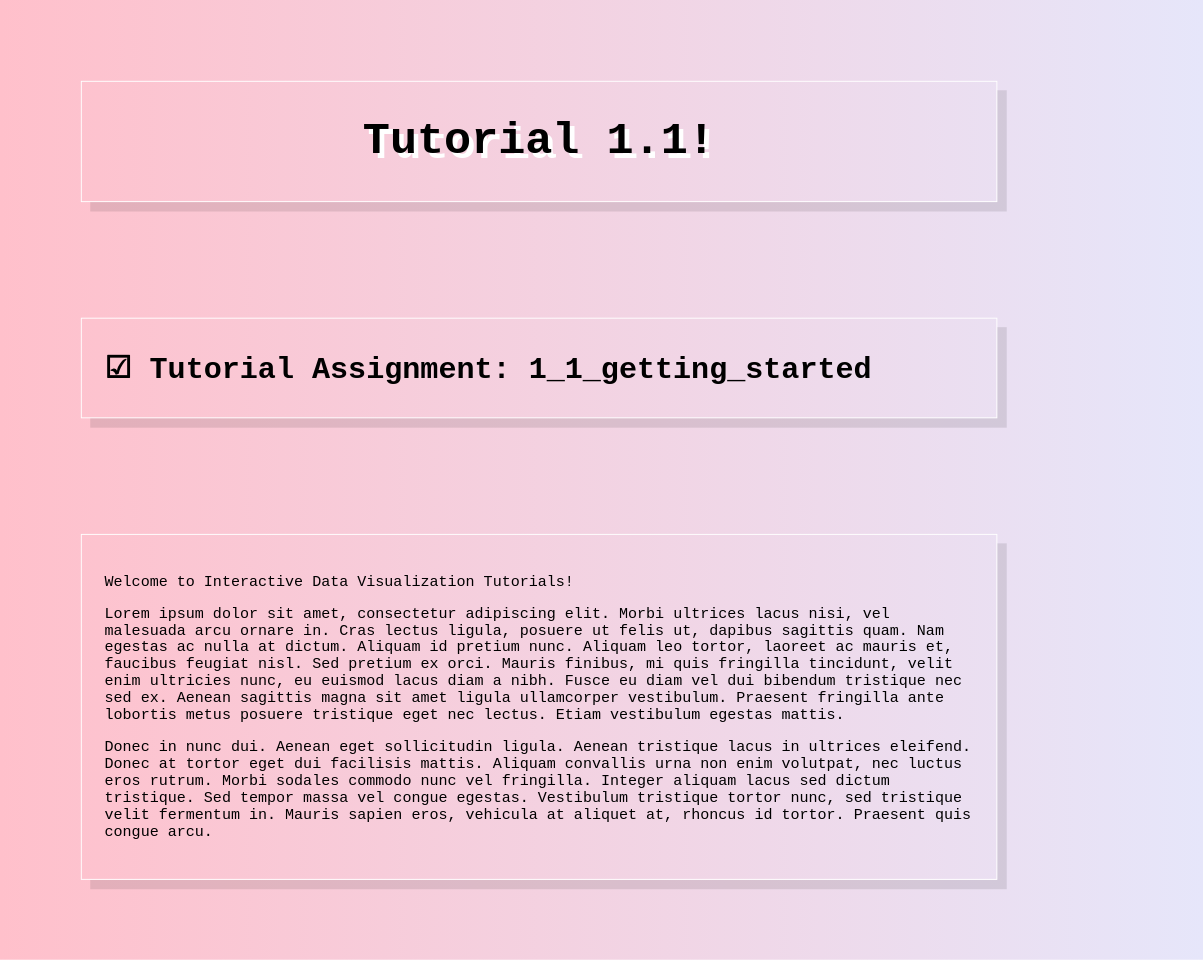
Repository: lisjak/Interactive-Data-Vis-Fall2022
Page: 1_1_getting_started/index.html
These files come from the project's save history. The page is drawn as it stood at one moment and after the next save; the edit follows.
The browser window is 1280 px wide. The pictures show the whole page, at 94% of full size.
Some web fonts or font styles are not loaded; a fallback is used.

Above is the page before, as saved 2022-09-04 22:03:01.

### 1_1_getting_started/index.html
<!DOCTYPE html>

<head>
    <meta charset="utf-8">

    <title>Interactive Data Visualization Tutorial</title>

    <link rel="stylesheet" href="https://fonts.googleapis.com/css?family=Source+Sans+Pro">

    <link href="https://fonts.googleapis.com/css2?family=Azeret+Mono&display=swap" rel="stylesheet">

    <link rel="stylesheet" href="./style.css">
</head>

<body>
    <div>
        <h1>
            Tutorial 1.1!
        </h1>
    </div>
    <div>
        <h3>
            &#9745; Tutorial Assignment: 1_1_getting_started
        </h3>
    </div>
    <div>
        <p>
            Welcome to Interactive Data Visualization Tutorials!
        </p>

        <p>
            Lorem ipsum dolor sit amet, consectetur adipiscing elit. Morbi ultrices lacus nisi, vel malesuada arcu ornare in. Cras lectus ligula, posuere ut felis ut, dapibus sagittis quam. Nam egestas ac nulla at dictum. Aliquam id pretium nunc. Aliquam leo tortor,
            laoreet ac mauris et, faucibus feugiat nisl. Sed pretium ex orci. Mauris finibus, mi quis fringilla tincidunt, velit enim ultricies nunc, eu euismod lacus diam a nibh. Fusce eu diam vel dui bibendum tristique nec sed ex. Aenean sagittis magna
            sit amet ligula ullamcorper vestibulum. Praesent fringilla ante lobortis metus posuere tristique eget nec lectus. Etiam vestibulum egestas mattis.
        </p>

        <p>
            Donec in nunc dui. Aenean eget sollicitudin ligula. Aenean tristique lacus in ultrices eleifend. Donec at tortor eget dui facilisis mattis. Aliquam convallis urna non enim volutpat, nec luctus eros rutrum. Morbi sodales commodo nunc vel fringilla. Integer
            aliquam lacus sed dictum tristique. Sed tempor massa vel congue egestas. Vestibulum tristique tortor nunc, sed tristique velit fermentum in. Mauris sapien eros, vehicula at aliquet at, rhoncus id tortor. Praesent quis congue arcu.
        </p>
    </div>
</body>

</html>

### 1_1_getting_started/style.css
body {
    background-image: linear-gradient(to right, pink, lavender);
    font-family: 'Azeret Mono', monospace;
    font-size: 16px;
    padding: 1em;
    display: flex;
    flex-direction: column;
}

div {
    width: 75%;
    align-items: center;
    justify-content: center;
    border: 1px solid white;
    padding: 2%;
    margin: 5%;
    box-shadow: 10px 10px 0px rgb(0 0 0 / 0.1);
}

div:hover {
    background-color: cyan;
    padding: 5%;
    opacity: 0.5;
    transition: 0.5s;
}

h1 {
    font-size: 3em;
    margin: 0.25em 0;
    text-shadow: 5px 5px 0px white;
    text-align: center;
    font-weight: bold;
}

h3 {
    font-size: 2em;
    margin: 0.25em 0;
}

p {
    font-size: 1em;
    color: black;
}

After the next save:
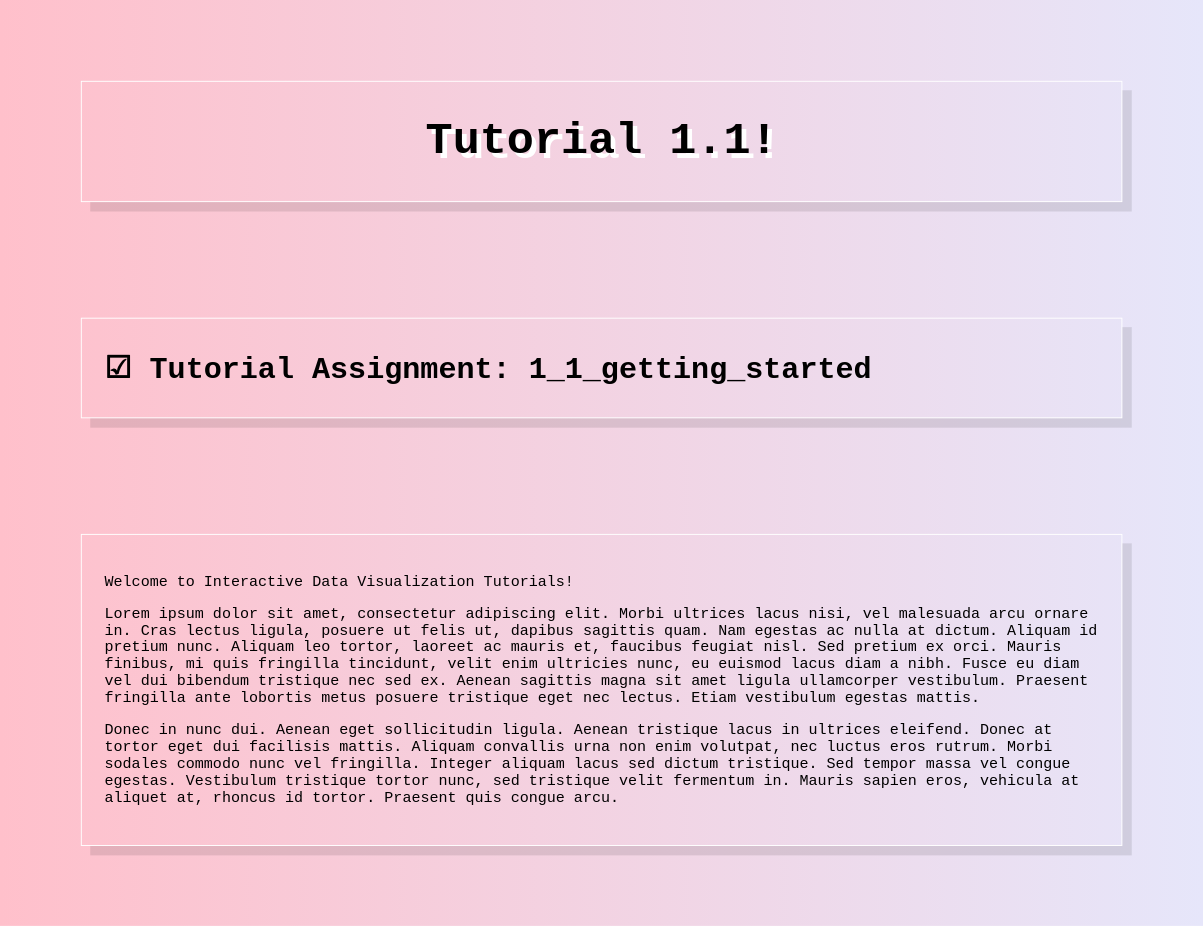
Saved 4 s later.
--- a/1_1_getting_started/style.css
+++ b/1_1_getting_started/style.css
@@ -8,7 +8,6 @@ body {
 }
 
 div {
-    width: 75%;
     align-items: center;
     justify-content: center;
     border: 1px solid white;
